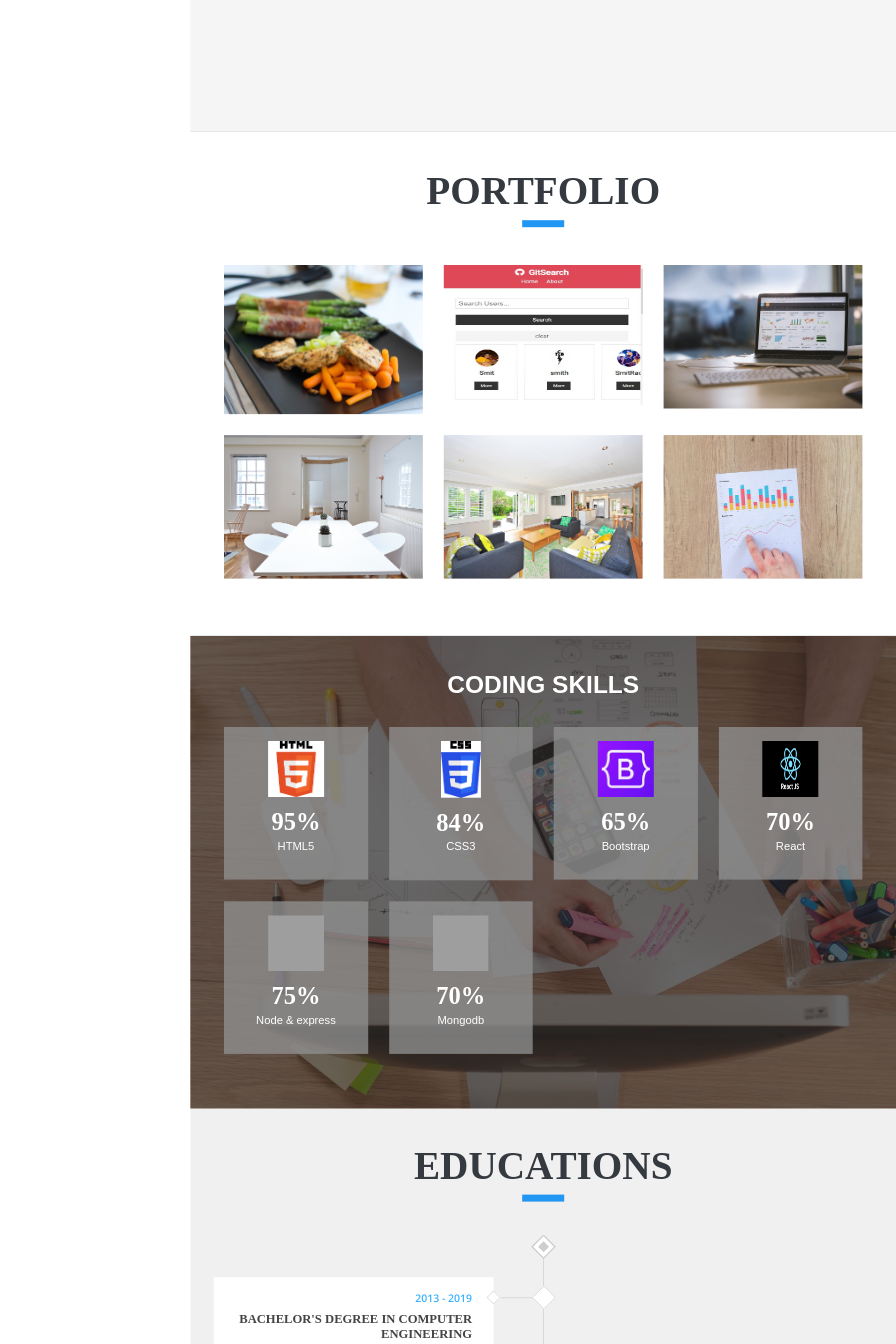
Repository: smit1298/portfolio
Page: index.html
An editor plug-in stored every save of this project. The page is shown before and after the next save, followed by the edit.
The browser window is 1280 px wide. The pictures show the part of the page from y = 1252 to 3172 px (the page is 5043 px tall before and 5048 px after), at 70% of full size.
Pictures or frames that could not be fetched are drawn as grey boxes. Some web fonts or font styles are not loaded; a fallback is used.

Above is the page before, as saved 2021-06-28 18:42:07.

After the next save:
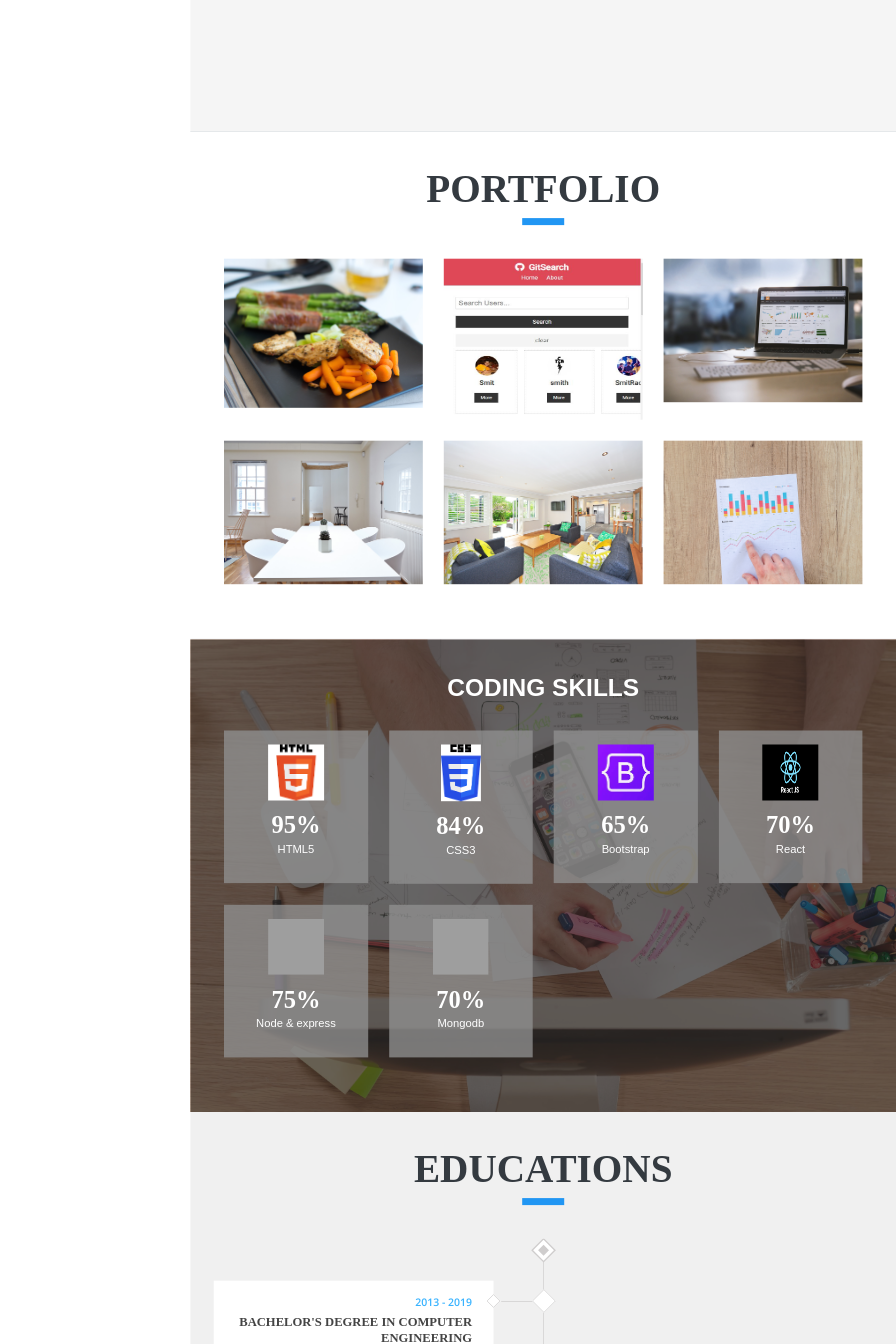
Saved 16 s later.
--- a/index.html
+++ b/index.html
@@ -269,7 +269,7 @@
               <img
                 class="img-fluid"
                 src="img/portfolio/git2.jpg"
-                style="height: 200px; width: 400px"
+                style="height: 230px; width: 400px"
                 alt=""
               />
             </a>
